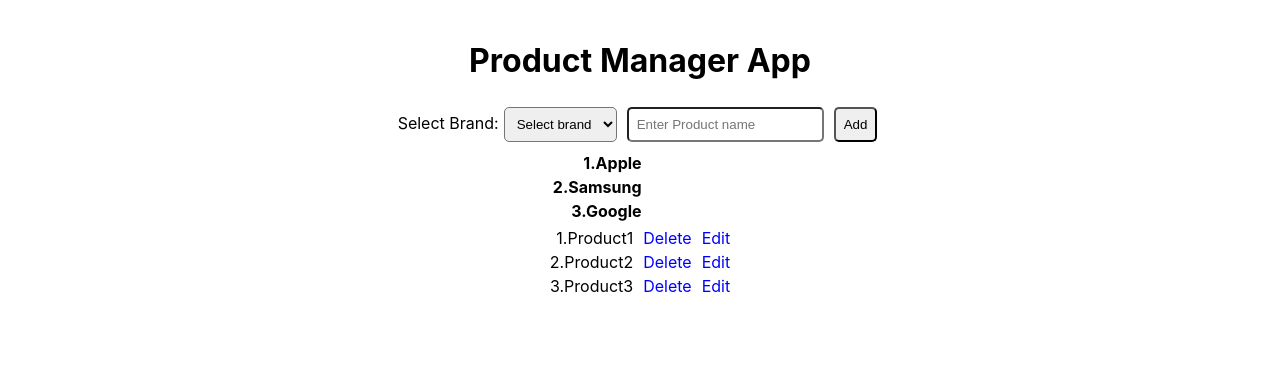
Repository: sunilkc-7/product-manager-app
Page: /
These files come from the project's save history. The page is drawn as it stood at one moment and after the next save; the edit follows.
The browser window is 1280 px wide. The pictures show the whole page.
The project was rebuilt for these pictures with package versions that can differ from the ones it lists, and the page was loaded fresh each time.

Above is the page before, as saved 2023-07-31 21:30:36.

### src/App.js
import "./App.css";
import productsData from "./data/data.json";
import { useState } from "react";

function App() {
  const [brandList, setBrandList] = useState(productsData.brands);
  const [productList, setProductList] = useState(productsData.products);

  return (
    <div className="App">
      <h1>Product Manager App</h1>
      <div className="form-container">
        <label>Select Brand:</label>
        <select>
          <option value="">Select brand</option>
          {brandList.map((brand) => (
            <option key={brand} value={brand}>
              {brand}
            </option>
          ))}
        </select>

        <input type="text" placeholder="Enter Product name" />

        <button>Add</button>
      </div>

      <table className="tb">
        <th>
          {productList.map((productHead, idx) => (
            <tr>
              <td>
                {idx + 1}.{productHead.brand}
              </td>
            </tr>
          ))}
        </th>
        <tbody>
          {productList.map((product, idx) => (
            <tr>
              <td>
                {idx + 1}.{product.name}
                <span className="tableEdit">Delete</span>
                <span className="tableEdit">Edit</span>
              </td>
            </tr>
          ))}
        </tbody>
      </table>
      {}
    </div>
  );
}

export default App;

### src/App.css
/* app.css */
.body {
  display: flex;
  justify-content: center;
  height: 100vh;
  margin: 0;
}

.App {
  display: flex;
  flex-direction: column;
  justify-content: center;
  align-items: center;
  padding: 20px;
}

select,
input,
button {
  padding: 8px;
  border-radius: 5px;
  margin: 5px;
}

button {
  cursor: pointer;
}

/* Style the Edit and Delete links */
.tableEdit {
  margin-left: 10px;
  cursor: pointer;
  color: blue;
}

/* Align the Edit and Delete links to the right */
.tb td:last-child {
  text-align: right;
}

### src/data/data.json
{
  "brands": ["Brand A", "Brand B", "Brand C"],
  "products": [
    {
      "brand": "Apple",
      "name": "Product1"
    },
    {
      "brand": "Samsung",
      "name": "Product2"
    },
    {
      "brand": "Google",
      "name": "Product3"
    }
  ]
}

Loaded but not shown: public/index.html (common file); src/index.js (common file); src/index.css (common file); src/reportWebVitals.js (common file)

After the next save:
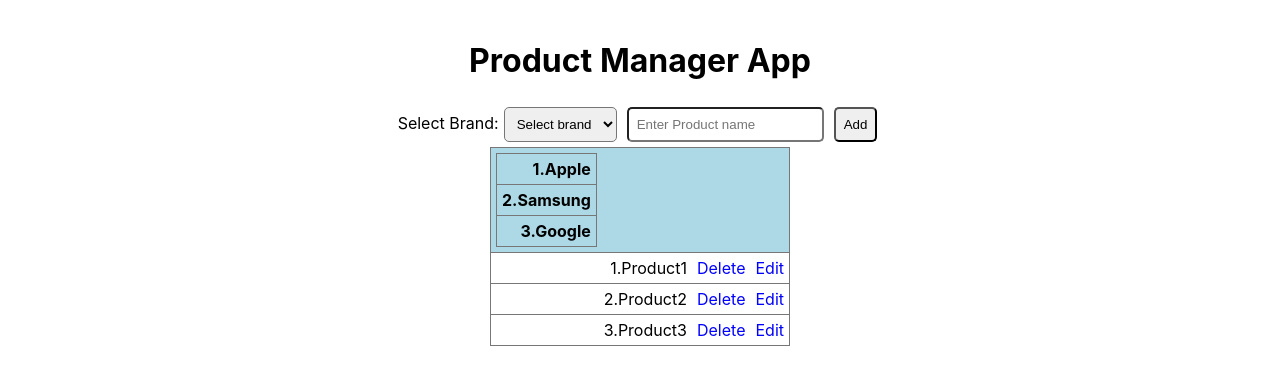
Saved 100 s later.
--- a/src/App.css
+++ b/src/App.css
@@ -26,6 +26,19 @@
   cursor: pointer;
 }
 
+.tb {
+  border-collapse: collapse;
+  width: 300px;
+}
+.tb th,
+.tb td {
+  padding: 5px;
+  border: solid 1px #777;
+}
+.tb th {
+  background-color: lightblue;
+}
+
 /* Style the Edit and Delete links */
 .tableEdit {
   margin-left: 10px;

After the save that followed:
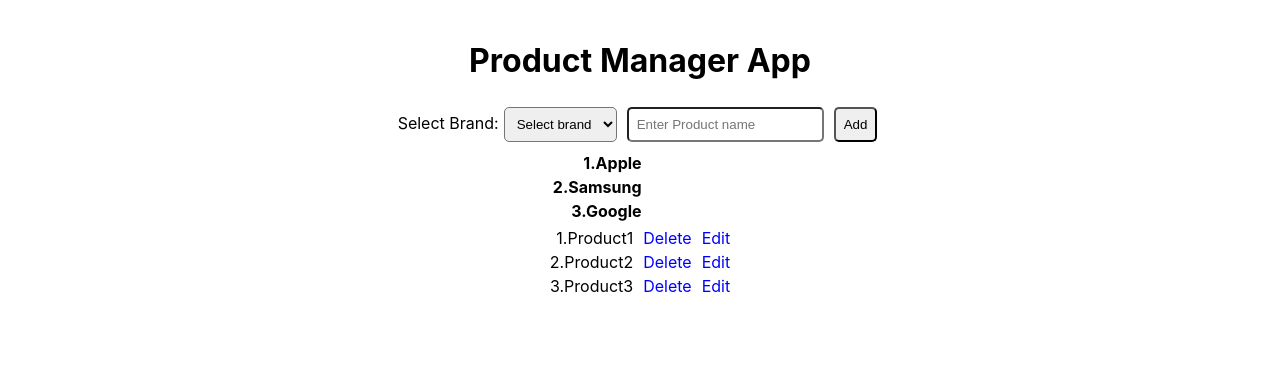
Saved 14 s later.
--- a/src/App.css
+++ b/src/App.css
@@ -26,19 +26,6 @@
   cursor: pointer;
 }
 
-.tb {
-  border-collapse: collapse;
-  width: 300px;
-}
-.tb th,
-.tb td {
-  padding: 5px;
-  border: solid 1px #777;
-}
-.tb th {
-  background-color: lightblue;
-}
-
 /* Style the Edit and Delete links */
 .tableEdit {
   margin-left: 10px;
